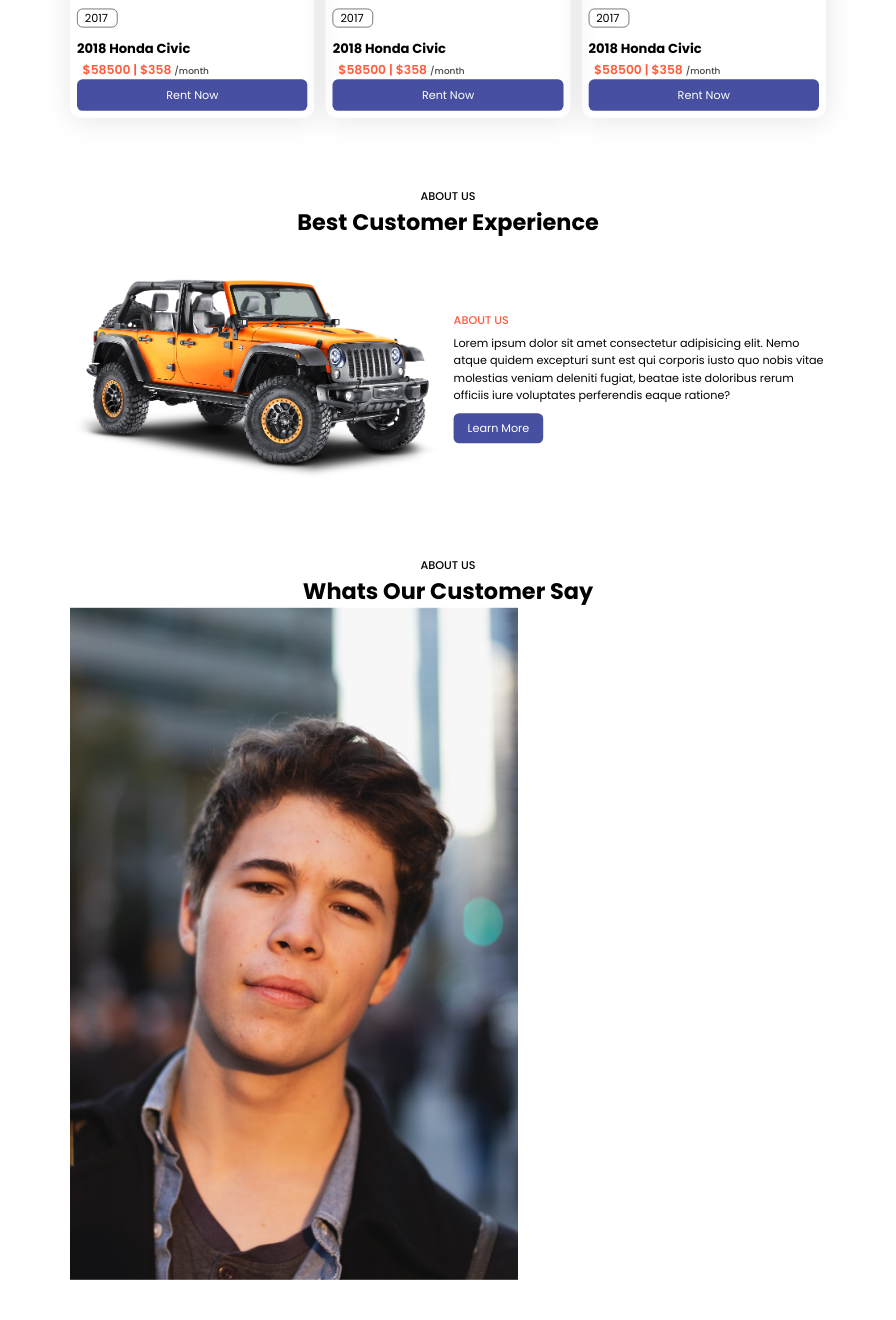
Repository: douglasabnovato/car-rental
Page: index.html
An editor plug-in stored every save of this project. The page is shown before and after the next save, followed by the edit.
The browser window is 1280 px wide. The pictures show the part of the page from y = 1996 to 3916 px (the page is 3881 px tall before and 3916 px after), at 70% of full size.

Above is the page before, as saved 2025-05-16 16:22:42.

### index.html
<!DOCTYPE html>
<html lang="en">
  <head>
    <meta charset="UTF-8" />
    <meta name="viewport" content="width=device-width, initial-scale=1.0" />
    <title>Car Rental</title>
    <link
      rel="stylesheet"
      href="https://cdn.jsdelivr.net/npm/boxicons@latest/css/boxicons.min.css"
    />
    <link rel="stylesheet" href="./style.css" />
  </head>
  <body>
    <!-- Header -->
    <header>
      <a href="#" class="logo"
        ><img src="./assets/jeep.png" alt="logo da car rental" srcset=""
      /></a>
      <div class="bx bx-menu" id="menu-icon"></div>
      <ul class="navbar">
        <li><a href="#home">Home</a></li>
        <li><a href="#ride">Ride</a></li>
        <li><a href="#services">Services</a></li>
        <li><a href="#about">About</a></li>
        <li><a href="#reviews">Reviews</a></li>
      </ul>
      <div class="header-btn">
        <a href="#" class="sign-up">Sign Up</a>
        <a href="#" class="sign-in">Sign In</a>
      </div>
    </header>

    <!-- Home -->
    <section class="home" id="home">
      <div class="text">
        <h1>
          <span>Looking</span> to <br />
          rent a car
        </h1>
        <p>
          Lorem ipsum dolor sit amet consectetur adi <br />
          pisicing elit. Explicabo esse non fugiat!
        </p>
        <div class="app-stores">
          <img src="./assets/ios.png" alt="" />
          <img src="./assets/play.png" alt="" />
        </div>
      </div>
      <div class="form-container">
        <form action="">
          <div class="input-box">
            <span>Location</span>
            <input type="search" name="" id="" placeholder="Search Places" />
          </div>
          <div class="input-box">
            <span>Pick-Up Date</span>
            <input type="date" name="" id="" />
          </div>
          <div class="input-box">
            <span>Return Date</span>
            <input type="date" name="" id="" />
          </div>
          <input type="submit" name="" id="" class="btn" />
        </form>
      </div>
    </section>

    <!-- Ride -->
    <section class="ride" id="ride">
      <div class="heading">
        <span>How Its Work</span>
        <h1>Rent With 3 Easy Steps</h1>
      </div>
      <div class="ride-container">
        <div class="box">
          <i class="bx bxs-map"></i>
          <h2>Choose A Location</h2>
          <p>
            Lorem ipsum dolor sit, amet consectetur adipisicing elit.
            Perspiciatis, impedit? Saepe quo quam numquam maxime?
          </p>
        </div>
        <div class="box">
          <i class="bx bxs-calendar-check"></i>
          <h2>Pick-Up Date</h2>
          <p>
            Lorem ipsum dolor sit, amet consectetur adipisicing elit.
            Perspiciatis, impedit? Saepe quo quam numquam maxime?
          </p>
        </div>
        <div class="box">
          <i class="bx bxs-calendar-star"></i>
          <h2>Book A Car</h2>
          <p>
            Lorem ipsum dolor sit, amet consectetur adipisicing elit.
            Perspiciatis, impedit? Saepe quo quam numquam maxime?
          </p>
        </div>
      </div>
    </section>

    <!-- Services -->
    <section class="services" id="services">
      <div class="heading">
        <span>Best Services</span>
        <h1>
          Explore Out Top Deals <br />
          From Top Rated Dealers
        </h1>
      </div>
      <div class="services-container">
        <div class="box">
          <div class="box-img">
            <img src="./assets/car1.jpg" alt="car1" />
          </div>
          <p>2017</p>
          <h3>2018 Honda Civic</h3>
          <h2>$58500 | $358 <span> /month</span></h2>
          <a href="#" class="btn">Rent Now</a>
        </div>

        <div class="box">
          <div class="box-img">
            <img src="./assets/car2.jpg" alt="car1" />
          </div>
          <p>2017</p>
          <h3>2018 Honda Civic</h3>
          <h2>$58500 | $358 <span> /month</span></h2>
          <a href="#" class="btn">Rent Now</a>
        </div>

        <div class="box">
          <div class="box-img">
            <img src="./assets/car3.jpg" alt="car1" />
          </div>
          <p>2017</p>
          <h3>2018 Honda Civic</h3>
          <h2>$58500 | $358 <span> /month</span></h2>
          <a href="#" class="btn">Rent Now</a>
        </div>

        <div class="box">
          <div class="box-img">
            <img src="./assets/car4.jpg" alt="car1" />
          </div>
          <p>2017</p>
          <h3>2018 Honda Civic</h3>
          <h2>$58500 | $358 <span> /month</span></h2>
          <a href="#" class="btn">Rent Now</a>
        </div>

        <div class="box">
          <div class="box-img">
            <img src="./assets/car5.jpg" alt="car1" />
          </div>
          <p>2017</p>
          <h3>2018 Honda Civic</h3>
          <h2>$58500 | $358 <span> /month</span></h2>
          <a href="#" class="btn">Rent Now</a>
        </div>

        <div class="box">
          <div class="box-img">
            <img src="./assets/car6.jpg" alt="car1" />
          </div>
          <p>2017</p>
          <h3>2018 Honda Civic</h3>
          <h2>$58500 | $358 <span> /month</span></h2>
          <a href="#" class="btn">Rent Now</a>
        </div>
      </div>
    </section>

    <!-- About -->
    <section class="about" id="about">
      <div class="heading">
        <span>About Us</span>
        <h1>Best Customer Experience</h1>
      </div>
      <div class="about-container">
        <div class="about-img">
          <img src="./assets/about.png" alt="" />
        </div>
        <div class="about-text">
          <span>About Us</span>
          <p>
            Lorem ipsum dolor sit amet consectetur adipisicing elit. Nemo atque
            quidem excepturi sunt est qui corporis iusto quo nobis vitae
            molestias veniam deleniti fugiat, beatae iste doloribus rerum
            officiis iure voluptates perferendis eaque ratione?
          </p>
          <a href="#" class="btn">Learn More</a>
        </div>
      </div>
    </section>

    <!-- Reviews -->
    <section class="reviews" id="reviews">
      <div class="heading">
        <span>About Us</span>
        <h1>Whats Our Customer Say</h1>
      </div>
      <div class="reviews-container">
        <div class="box">
          <div class="rev-img">
            <img src="./assets/rev1.jpg" alt="">
          </div>
        </div>
      </div>
    </section>



    <!-- Link to JS -->
    <script src="./script.js"></script>
  </body>
</html>

### style.css
@import url("https://fonts.googleapis.com/css2?family=Noto+Sans:ital,wght@0,100..900;1,100..900&family=Poppins:ital,wght@0,100;0,200;0,300;0,400;0,500;0,600;0,700;0,800;0,900;1,100;1,200;1,300;1,400;1,500;1,600;1,700;1,800;1,900&display=swap");

* {
  margin: 0;
  padding: 0;
  box-sizing: border-box;
  scroll-padding-top: 2rem;
  scroll-behavior: smooth;
  list-style: none;
  text-decoration: none;
  font-family: "Poppins", sans-serif;
}

:root {
  --main-color: #fe5b3d;
  --second-color: #ffac38;
  --text-color: #444;
  --gradient: linear-gradient(#fe5b3d, #ffac38);
}

html::-webkit-scrollbar {
  width: 0.5rem;
}

html::-webkit-scrollbar-track {
  background: transparent;
}

html::-webkit-scrollbar-thumb {
  background: var(--main-color);
  border-radius: 5rem;
}

section {
  padding: 50px 100px;
}

/* Header */

header {
  position: fixed;
  width: 100%;
  top: 0;
  right: 0;
  z-index: 1000;
  display: flex;
  align-items: center;
  justify-content: space-between;
  background: #eeeff1;
  padding: 15px 100px;
}

.logo img {
  width: 40px;
}

.navbar {
  display: flex;
}

.navbar li {
  position: relative;
}

.navbar a {
  font-size: 1rem;
  padding: 10px 20px;
  color: var(--text-color);
  font-weight: 500;
}

.navbar a:after {
  content: "";
  width: 0;
  height: 3px;
  background: var(--gradient);
  position: absolute;
  bottom: -4px;
  left: 0;
  transition: 0.5s;
}

.navbar a:hover::after {
  width: 100%;
}

#menu-icon {
  font-size: 24px;
  cursor: pointer;
  z-index: 10001;
  display: none;
}

.header-btn a {
  padding: 10px 20px;
  color: var(--text-color);
  font-weight: 500;
}

.header-btn .sign-in {
  background: #474fa0;
  color: #fff;
  border-radius: 0.5rem;
}

.header-btn .sign-in:hover {
  background: var(--main-color);
}

/* Home */
.home {
  width: 100%;
  min-height: 100vh;
  position: relative;
  background: url(./assets/Car\ Website\ –\ 1@2x.png);
  background-repeat: no-repeat;
  background-position: center right;
  background-size: cover;
  display: grid;
  align-items: center;
  grid-template-columns: repeat(2, 1fr);
}

.text h1 {
  font-size: 3.5rem;
  letter-spacing: 2px;
}

.text span {
  color: var(--main-color);
}

.text p {
  margin: 0.5rem 0 1rem;
}

.app-stores {
  display: flex;
}

.app-stores img {
  width: 100px;
  margin-right: 1rem;
  cursor: pointer;
}

.form-container form {
  display: flex;
  flex-wrap: wrap;
  align-items: center;
  gap: 1rem;
  position: absolute;
  bottom: 4rem;
  left: 100px;
  background: #fff;
  padding: 20px;
  border-radius: 0.5rem;
}

.input-box {
  flex: 1 1 7rem;
  display: flex;
  flex-direction: column;
}

.input-box span {
  font-weight: 500;
}

.input-box input {
  padding: 7px;
  outline: none;
  border: none;
  background: #eeeff1;
  border-radius: 0.5rem;
  font-size: 1rem;
}

.form-container form .btn {
  flex: 1 1 7rem;
  padding: 10px 34px;
  border: none;
  border-radius: 0.5rem;
  background: #474fa0;
  color: #fff;
  font-size: 1rem;
  font-weight: 500;
}

.form-container form .btn:hover {
  background: var(--main-color);
  cursor: pointer;
}

/* Ride */
.heading {
  text-align: center;
}

.heading span {
  font-weight: 500;
  text-transform: uppercase;
}

.heading h1 {
  font-size: 2rem;
}

.ride-container {
  display: grid;
  align-items: center;
  grid-template-columns: repeat(auto-fit, minmax(250px, auto));
  gap: 1rem;
  margin-top: 2rem;
}

.ride-container .box {
  text-align: center;
  padding: 20px;
}

.ride-container .box .bx {
  font-size: 34px;
  padding: 10px;
  background: #eeeff1;
  border-radius: 0.5rem;
  color: var(--main-color);
}

.ride-container .box h2 {
  font-size: 1.3rem;
  font-weight: 500;
  margin: 1.4rem 0 0.5rem;
}

.ride-container .box .bx:hover,
.ride-container .box .bx .bxs-calendar-star {
  background: var(--gradient);
  color: #fff;
}

/* Services */
.services-container {
  display: grid;
  grid-template-columns: repeat(auto-fit, minmax(300px, auto));
  gap: 1rem;
  margin-top: 2rem;
}

.services-container .box {
  padding: 10px;
  border-radius: 1rem;
  box-shadow: 1px 4px 41px rgba(0, 0, 0, 0.1);
}

.services-container .box .box-img {
  width: 100%;
  height: 200px;
}

.services-container .box .box-img img {
  width: 100%;
  height: 100%;
  border-radius: 1rem;
  object-fit: cover;
  object-position: center;
}

.services-container .box p {
  padding: 0 10px;
  border: 1px solid var(--text-color);
  width: 58px;
  border-radius: 0.5rem;
  margin: 1rem 0 1rem;
}

.services-container .box h2 {
  font-size: 1.1rem;
  font-weight: 600;
  color: var(--main-color);
  margin: 0.2rem 0 0 0.5rem;
}

.services-container .box h2 span {
  font-size: 0.8rem;
  font-weight: 500;
  color: var(--text-color);
}

.services-container .box .btn {
  display: flex;
  justify-content: center;
  background: #474fa0;
  color: #fff;
  padding: 10px;
  border-radius: 0.5rem;
}

.services-container .box .btn:hover {
  background: var(--main-color);
}

/* About */
.about-container {
  display: grid;
  grid-template-columns: repeat(2, 1fr);
  margin-top: 2rem;
  align-items: center;
  gap: 1rem;
}

.about-img img {
  width: 100%;
}

.about-text span {
  font-weight: 500;
  color: var(--main-color);
  text-transform: uppercase;
}

.about-text p {
  margin: 0.5rem 0 1.4rem;
}

.about-text .btn {
  padding: 10px 20px;
  background: #474fa0;
  color: #fff;
  border-radius: 0.5rem;
}

.about-text .btn:hover {
  background: var(--main-color);
}

Loaded but not shown: script.js (no stored copy; drawn as an empty file)

After the next save:
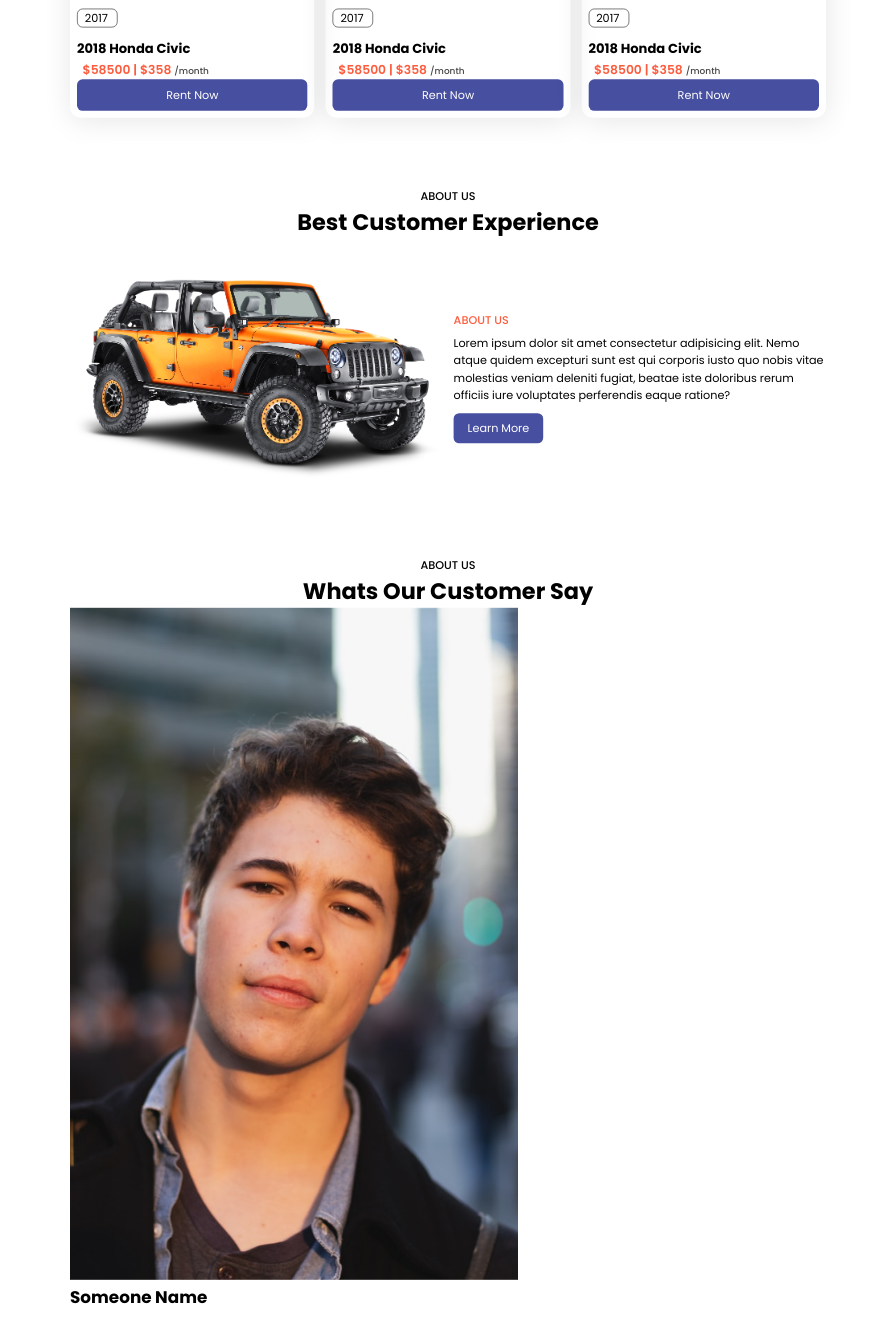
Saved 12 s later.
--- a/index.html
+++ b/index.html
@@ -205,6 +205,7 @@
           <div class="rev-img">
             <img src="./assets/rev1.jpg" alt="">
           </div>
+          <h2>Someone Name</h2>
         </div>
       </div>
     </section>
